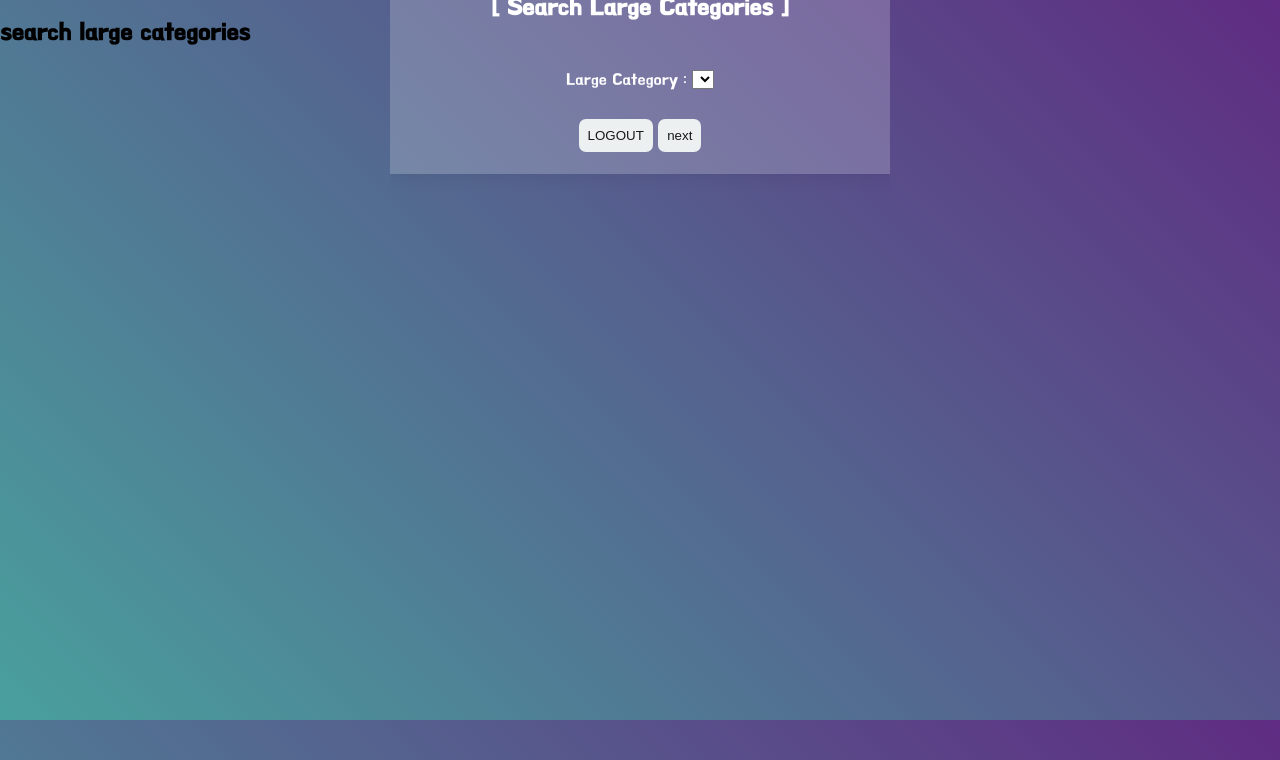
Repository: MIR013/KNU_DB_Project_Team5
Page: http://localhost/Databaase/search_category_large.jsp
The author's editor kept a copy of each file at every save. The page is drawn from the files as they stood at one save, then again after the next save.
The browser window is 1280 px wide. The pictures show the whole page.
The page is served by Tomcat 9. Queries for data that is not in the repository find no rows.

Above is the page before, as saved 2018-11-22 11:18:52.

### dbphase/Databaase/WebContent/search_category_large.jsp
<%@ page language="java" contentType="text/html; charset=UTF-8"
    pageEncoding="UTF-8"%>
<%@ page language="java" import="java.text.*,java.sql.*" %>
<!DOCTYPE html>


<html>
<head>
<meta charset="UTF-8">
<link rel='stylesheet' type='text/css' href='mystyle.css'>
<title>Insert title here</title>
</head>
<body>
<h2>search large categories</h2>
<%
String serverIP = "localhost";
String dbName = "phase2";
String portNum = "3306";
String url = "jdbc:mysql://" + serverIP + ":" + portNum + "/" + dbName;
String user = "knu";
String pass = "comp322";
Connection conn = null;

Class.forName("com.mysql.jdbc.Driver");
conn = DriverManager.getConnection(url,user,pass);
PreparedStatement pstmt;
ResultSet rs;
ResultSetMetaData rsmd;
int cnt;
String query;
conn.setAutoCommit(false);
%>

<%
	query = "SELECT distinct Large_category FROM CATEGORY";
	pstmt = conn.prepareStatement(query);
	rs = pstmt.executeQuery();
	out.print("<form action = search_category_middle.jsp method = 'POST'><div class=\"container\"> <table>");
	out.print("<tr><th><h2> [ Search Large Categories ]</h2></th></tr>");

	//large check box
	out.print("	<tr> <td>Large Category : <select name=\"largeCat\">");
	while(rs.next()){
		out.print("<option value=\"");
		String lcat = rs.getString(1);
		out.print(lcat);
		out.print("\">"+lcat+"</option>");

	}
	out.print("</select></td></td>");


	out.print("<tr>	<td><input type=\"button\" value=\"LOGOUT\" onclick=\"location.href='main_page.html'\"/> <input type=\"submit\" value=\"next\"/> </td> </tr>");

%>


<%
out.print("</table></div></form>");
%>
</body>
</html>

### dbphase/Databaase/WebContent/mystyle.css


@font-face{
	font-family:"hanna";
	src:url("hanna.ttf")format("truetype");
}




input {
   /* width: 18%;*/
    text-align: center;

    padding: 1ex;
    border: 2px solid #ECF0F1;
    transition: border ease 500ms;
    border-radius: 1ex;
    background: #ECF0F1;
    color: #181818;

    &:focus {
      outline: none;
      border: 2px solid #3498DB;
    }

    &:not(:last-child) {
      margin-bottom: 1ex;
    }
}
button {
   color: white;
   border: 2px solid #3498DB;
   background: #3498DB;
}

html,
body {
	height: 100%;
}


body {
	margin: 0;
	background: linear-gradient(45deg, #49a09d, #5f2c82);
	font-family: hanna;
	font-weight: 100;
}

.container {
	height:800px;
	overflow: auto;
	position: absolute;
	top: 50%;
	left: 50%;
	transform: translate(-50%, -50%);
}

table {
	width: 500px;
	overflow: hidden;
	border-collapse: collapse;
	box-shadow: 0 0 20px rgba(0,0,0,0.1);
}

th,
td {
	white-space:nowrap;
	text-align: center;
	padding: 15px;
	background-color: rgba(255,255,255,0.2);
	color: #fff;
	margin-left: auto; margin-right: auto;
}

th {
	text-align: center;
}

thead {
	th {
		background-color: #55608f;
	}
}

tbody {
	tr {
		&:hover {
			background-color: rgba(255,255,255,0.3);
		}
	}
	td {
		position: relative;
		&:hover {
			&:before {
				content: "";
				position: absolute;
				left: 0;
				right: 0;
				top: -9999px;
				bottom: -9999px;
				background-color: rgba(255,255,255,0.2);
				z-index: -1;
			}
		}
	}
}

After the next save:
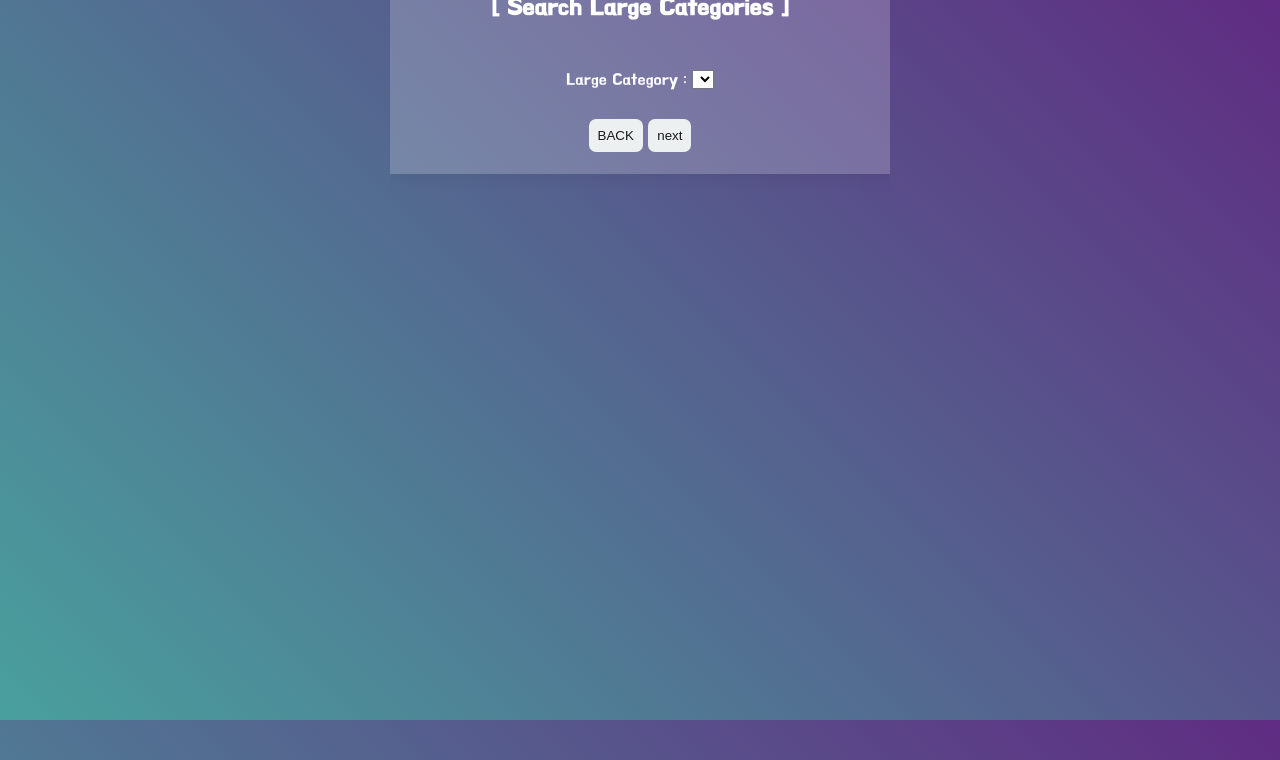
Saved 21 s later.
--- a/dbphase/Databaase/WebContent/search_category_large.jsp
+++ b/dbphase/Databaase/WebContent/search_category_large.jsp
@@ -11,7 +11,6 @@
 <title>Insert title here</title>
 </head>
 <body>
-<h2>search large categories</h2>
 <%
 String serverIP = "localhost";
 String dbName = "phase2";
@@ -50,13 +49,9 @@ conn.setAutoCommit(false);
 	out.print("</select></td></td>");
 
 
-	out.print("<tr>	<td><input type=\"button\" value=\"LOGOUT\" onclick=\"location.href='main_page.html'\"/> <input type=\"submit\" value=\"next\"/> </td> </tr>");
-
+	out.print("<tr>	<td><input type=\"button\" value=\"BACK\" onclick=\"location.href='main_page.html'\"/> <input type=\"submit\" value=\"next\"/> </td> </tr>");
+	out.print("</table></div></form>");
 %>
 
-
-<%
-out.print("</table></div></form>");
-%>
 </body>
 </html>
